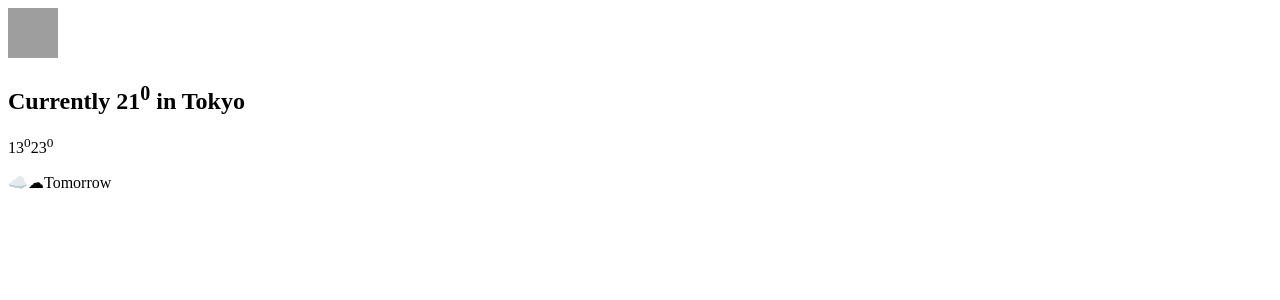
Repository: VickyJacob23/SheCode
Page: firstCode/weatherAppHomeWork.html
These files come from the project's save history. The page is drawn as it stood at one moment and after the next save; the edit follows.
The browser window is 1280 px wide. The pictures show the whole page.
Pictures or frames that could not be fetched are drawn as grey boxes.

Above is the page before, as saved 2024-08-26 23:11:27.

After the next save:
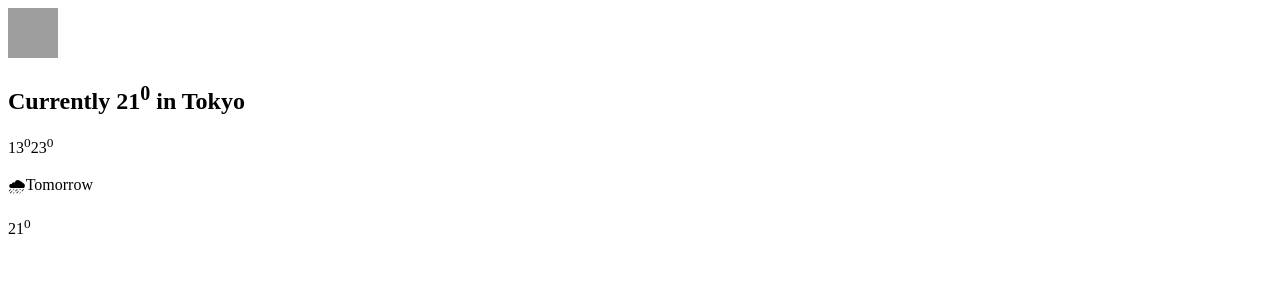
Saved 2 min 53 s later.
--- a/firstCode/weatherAppHomeWork.html
+++ b/firstCode/weatherAppHomeWork.html
@@ -13,7 +13,8 @@
             <p>13<sup>0</sup><span>23<sup>0</sup></span></p>
         </section>
         <section>
-            <div>☁️☁Tomorrow</div>
+            <div>🌧Tomorrow</div>
+            <p>21<sup>0</sup></p>
         </section>
     </div>
 </body>
